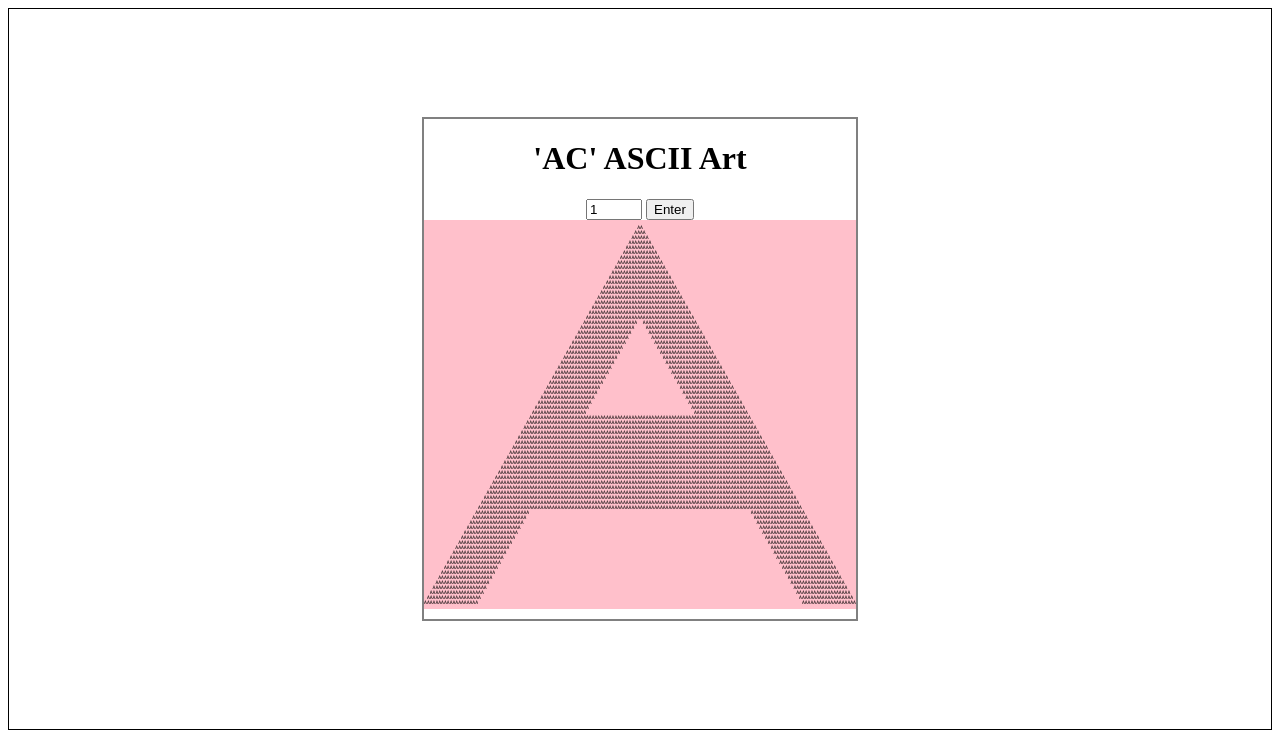
Repository: Achorn/ascii-art
Page: index.html
An editor plug-in stored every save of this project. The page is shown before and after the next save, followed by the edit.
The browser window is 1280 px wide. The pictures show the whole page.

Above is the page before, as saved 2021-08-09 18:38:53.

After the next save:
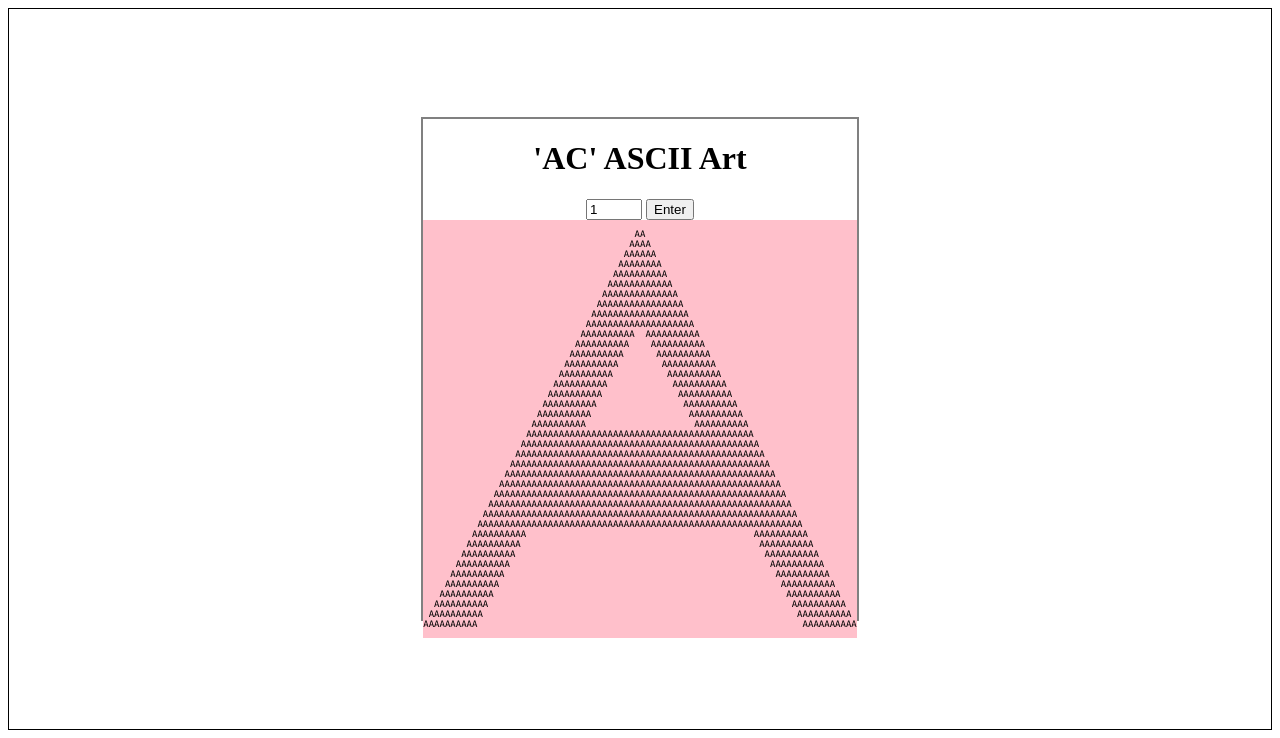
Saved 4 s later.
--- a/myscripts.js
+++ b/myscripts.js
@@ -73,7 +73,7 @@ function trimA(arr, lWidth) {
 
 let monoA = document.getElementById("mono-a");
 let monoC = document.getElementById("mono-c");
-let scale = 19;
+let scale = 10;
 let scaledFour = scaleSpread(four, scale);
 trimA(scaledFour, scale);
 
